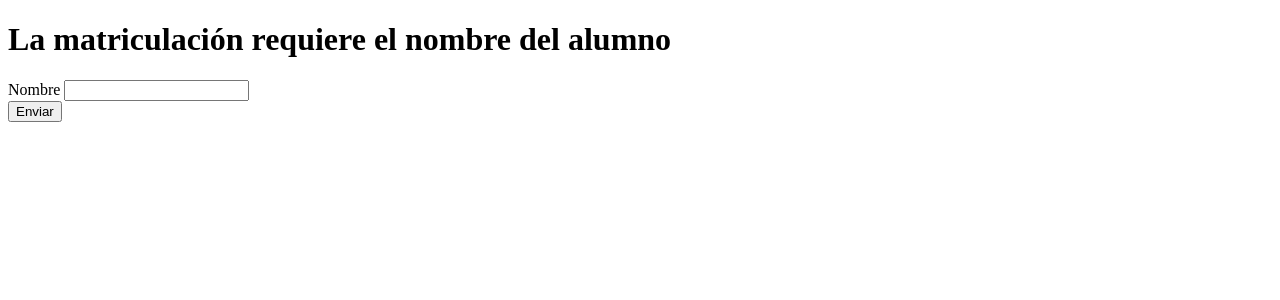
Repository: scgil/master-java
Page: Semana2/01-BuscadorTematica/src/main/webapp/buscador.html
The author's editor kept a copy of each file at every save. The page is drawn from the files as they stood at one save, then again after the next save.
The browser window is 1280 px wide. The pictures show the whole page.

Above is the page before, as saved 2024-12-13 16:54:22.

After the next save:
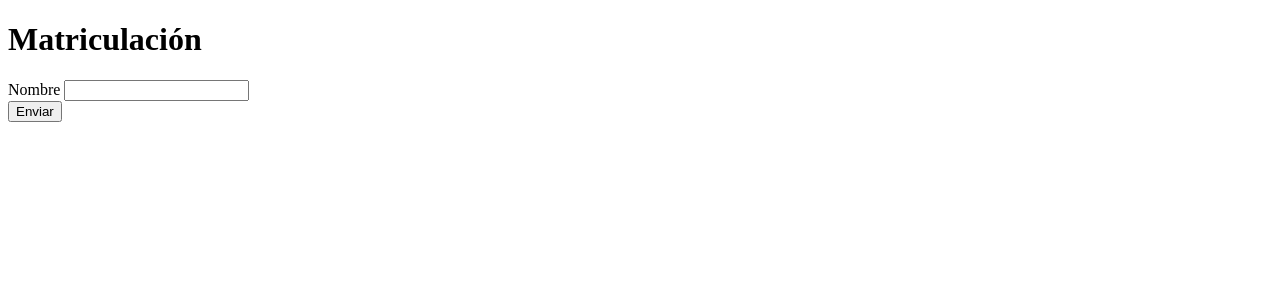
Saved 2 min 24 s later.
--- a/Semana2/01-BuscadorTematica/src/main/webapp/buscador.html
+++ b/Semana2/01-BuscadorTematica/src/main/webapp/buscador.html
@@ -5,7 +5,7 @@
 <title>Matricula</title>
 </head>
 <body>
-	<h1>La matriculación requiere el nombre del alumno</h1>
+	<h1>Matriculación</h1>
     <form action="ServletPersona" method="post">
     	<label for="buscador">Nombre</label>
     		<input type="text" name="nombrePersona"><br>
